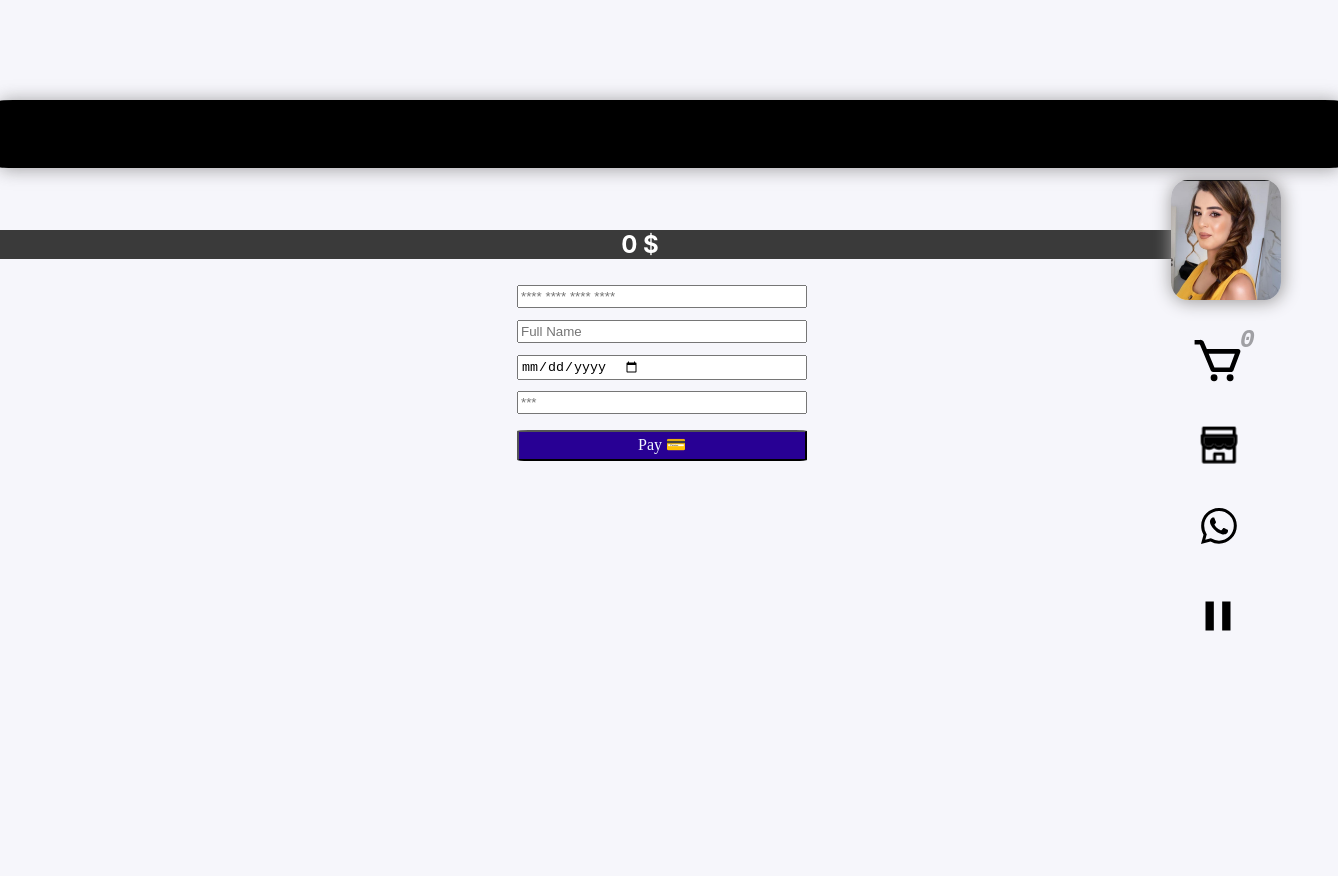
Repository: rehamAbass/BeautyCareShop
Page: /, after clicking the first element matching `svg.cartIcon`
An editor plug-in stored every save of this project. The page is shown before and after the next save, followed by the edit.
The browser window is 1280 px wide. The page is 1338 px wide, so the pictures cover 1338 px, including what lies to the right of the window. The pictures show the whole page.
The page's requests for data from a server got no answer. Some web fonts or font styles are not loaded; a fallback is used. The project was rebuilt for these pictures with package versions that can differ from the ones it lists, and the page was loaded fresh each time. No one was signed in, and anything a server would have sent is missing. Also part of the build but not shown: src/components/allProducts/card-list.css, src/components/allProducts/prod/card.css, src/components/allProducts/prod/card.component.jsx, src/components/search-box/search-box.css, src/components/myCart/cartProduct/cartProduct.css, src/components/myCart/cartProduct/cartProduct.jsx. Imported but missing from the stored project, and not drawn on this page: src/components/header/music/ed.mp3.

Above is the page before, as saved 2022-06-08 18:34:03.

After the next save:
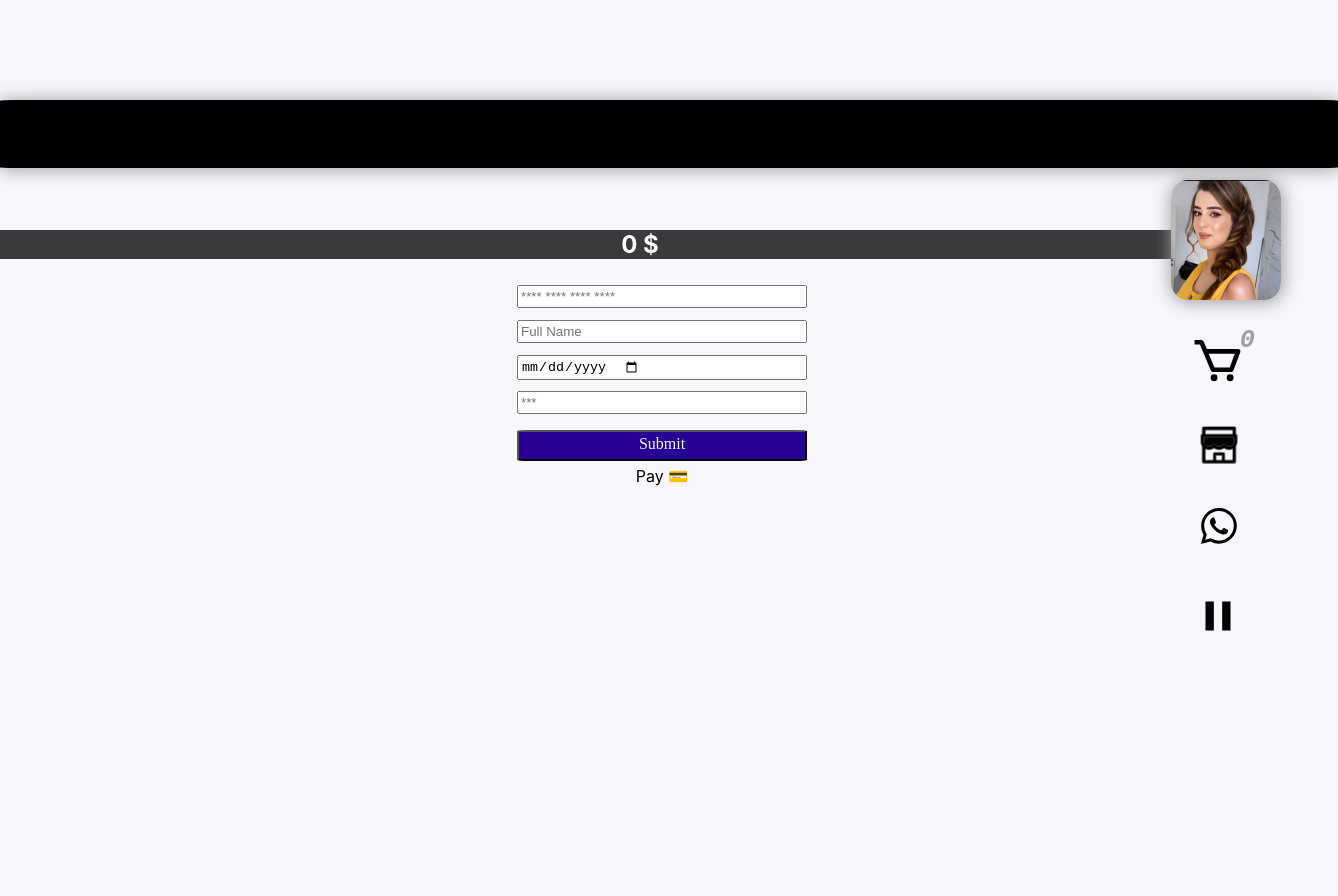
Saved 25 min 6 s later.
--- a/src/components/myCart/Payment/Pay.jsx
+++ b/src/components/myCart/Payment/Pay.jsx
@@ -1,47 +1,54 @@
-
 
 import React from 'react'
 import './Pay.css'
+import {useState} from 'react';
+const Pay=( handlePaid, handleSumCount, done)=>{
+    const [confirmed , setconfirmed] = useState(false);
+    const [cvc,setCvc] = useState();
+    const [name, setName]=useState('');
+     const [pass,setPass] = useState('');
+    const [date, setDate]=useState();
 
-import {useState} from 'react';
+    const handler=(val)=>{
+         setconfirmed(val);
+          done(true);
+          handlePaid(true);
+          handleSumCount(true);
+        }
+        const handleSubmit =(event)=>{
+             handler(true);
+         event.preventDefault();
 
-const Pay =( handlePaid, handleSumCount)=>{
-    const [confirmed , setconfirmed] = useState(false);
-    const handler =(val)=>{
-         setconfirmed(val);
+        alert(`The name you entered was: ${name}`);
         }
  //-------------------------------
 return (
     <div >
-       {(confirmed === true)&&
-            <h2
-            style={{ fontSize: 'x-large' }}>
-                THANK YOU MAN, PAID SUSSESSFULLY💳👍🏼👍🏼
-            </h2>}
+    <form id="iform"
+    onSubmit={handleSubmit} >
 
- {(confirmed === false)&&
-    <form id="iform" >
-    <input type="password" className='inputt'
+    <input type="password" className='inputt' value={pass}
+    onChange={(e) => setPass(e.target.value)}
     name="number" placeholder='**** **** **** ****'/>
-    <input type="text" name="name"
+
+    <input type="text" name="name" value={name}
+      onChange={(e) => setName(e.target.value)}
     className='inputt' placeholder='Full Name'/>
-    <input type="date" className='inputt'
+
+    <input type="date" className='inputt' value={date}
+      onChange={(e) => setDate(e.target.value)}
     name="expiry" placeholder='**/****'/>
-    <input type="password" className='inputt'
+
+    <input type="password" className='inputt' value={cvc}
+      onChange={(e) => setCvc(e.target.value)}
     name="cvc" placeholder='***'/>
 
+                   <input
+                    type="submit"
+                    className='payy' /> Pay 💳
 
-     <button className='payy'
-                onClick={() => {
-                    handlePaid(true);
-                     handleSumCount(true);
-                     handler(true);
-                      }}>
-                 Pay 💳
-                 </button>
+                  </form>
 
-</form>
- }
     </div>
 )
 
